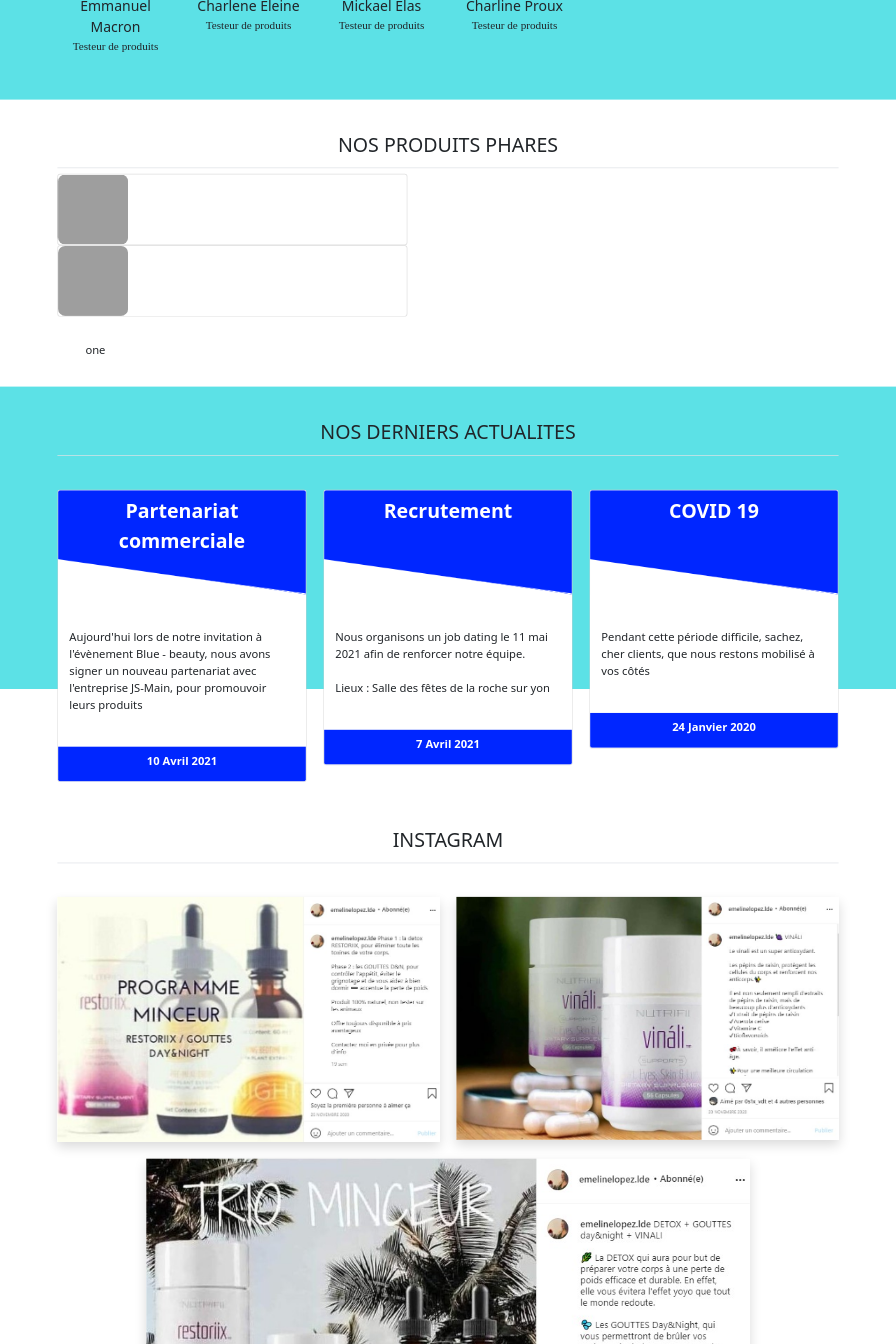
Repository: ypiard85/elitlopez
Page: index.html
An editor plug-in stored every save of this project. The page is shown before and after a run of saves, followed by the edit.
The browser window is 1280 px wide. The pictures show the part of the page from y = 1365 to 3285 px (the page is 4377 px tall before and 4477 px after), at 70% of full size.
Pictures or frames that could not be fetched are drawn as grey boxes.

Above is the page before, as saved 2021-04-13 12:20:04.

After the next 5 saves:
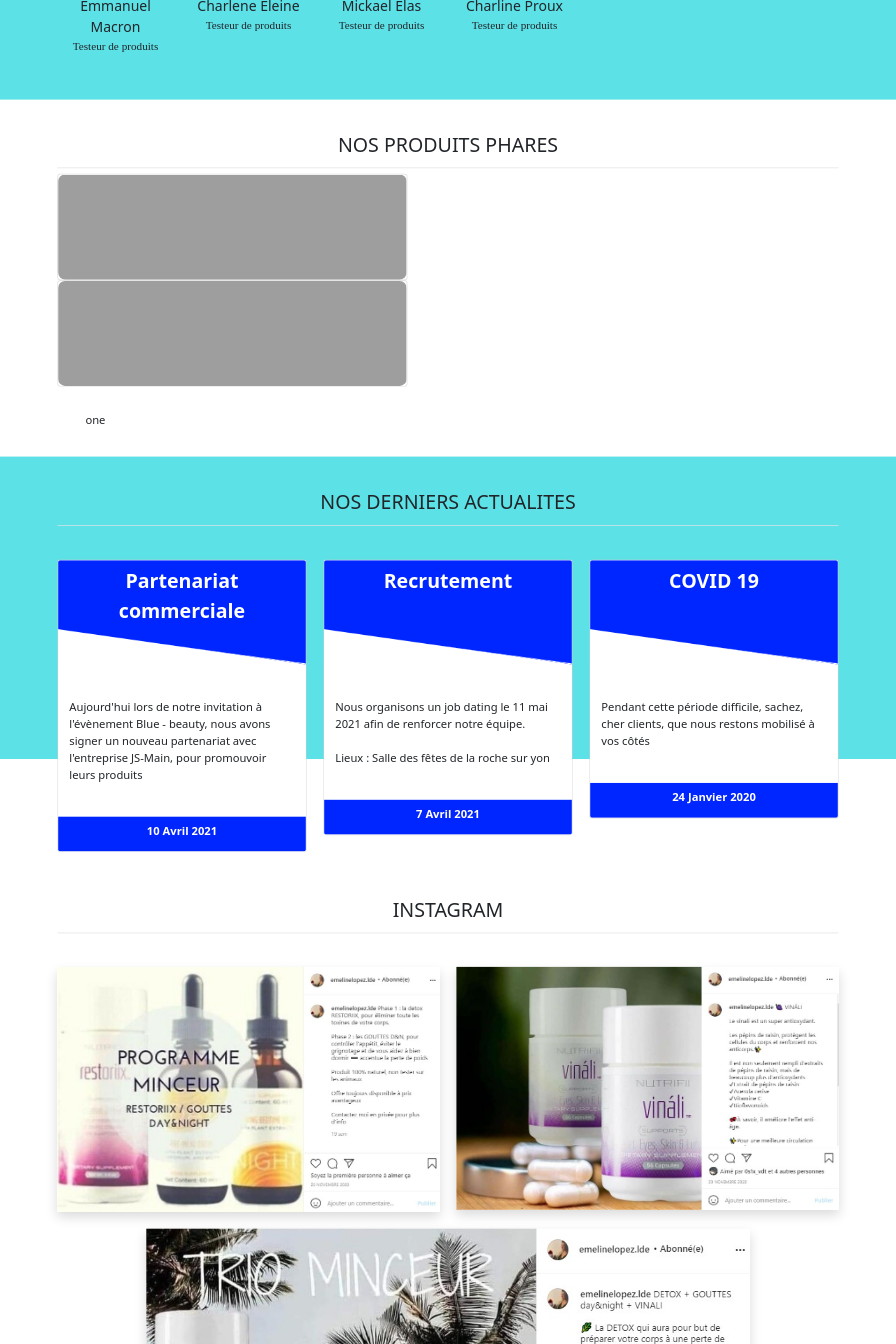
The 5 saves are shown as one change because they came seconds apart.
The last was saved 14 s later.
--- a/asset/css/carousel.css
+++ b/asset/css/carousel.css
@@ -22,8 +22,8 @@
   }
 
   .cards img {
-    height: 100px;
-    width: 100px;
+    height: 150px;
+    width: 100%;
     border-radius: 10px;
     object-fit: cover;
   }
